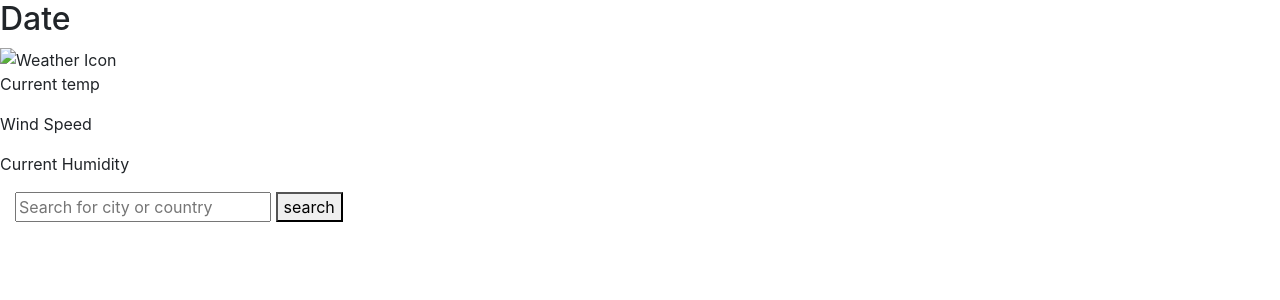
Repository: cobalt88/weather-forecast-app
Page: index.html
An editor plug-in stored every save of this project. The page is shown before and after the next save, followed by the edit.
The browser window is 1280 px wide. The pictures show the whole page.
The page's requests for data from a server got no answer. Some web libraries are served in a nearby version.

Above is the page before, as saved 2022-04-02 17:08:40.

After the next save:
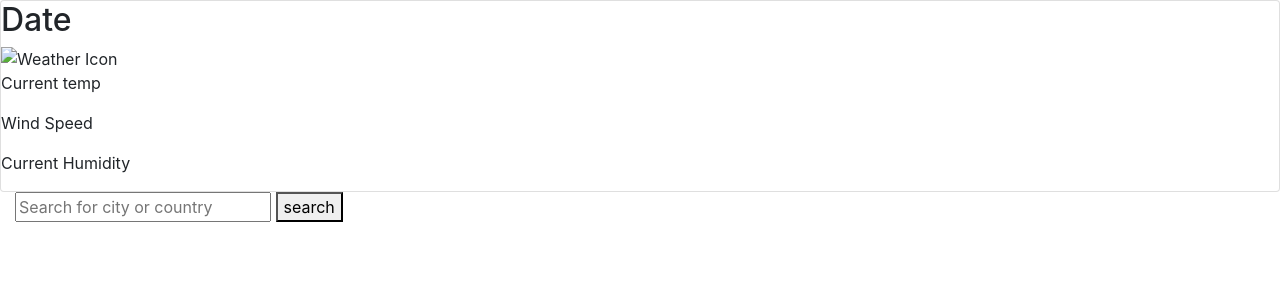
Saved 38 s later.
--- a/index.html
+++ b/index.html
@@ -25,7 +25,7 @@
   <section id="current-day"></section>
   <section id="5-day-container">
 
-    <div id="forecast">
+    <div id="forecast" class="card">
       <h2 id="date">Date</h2>
       <img alt="Weather Icon">
       <p id="temp">Current temp</p>
